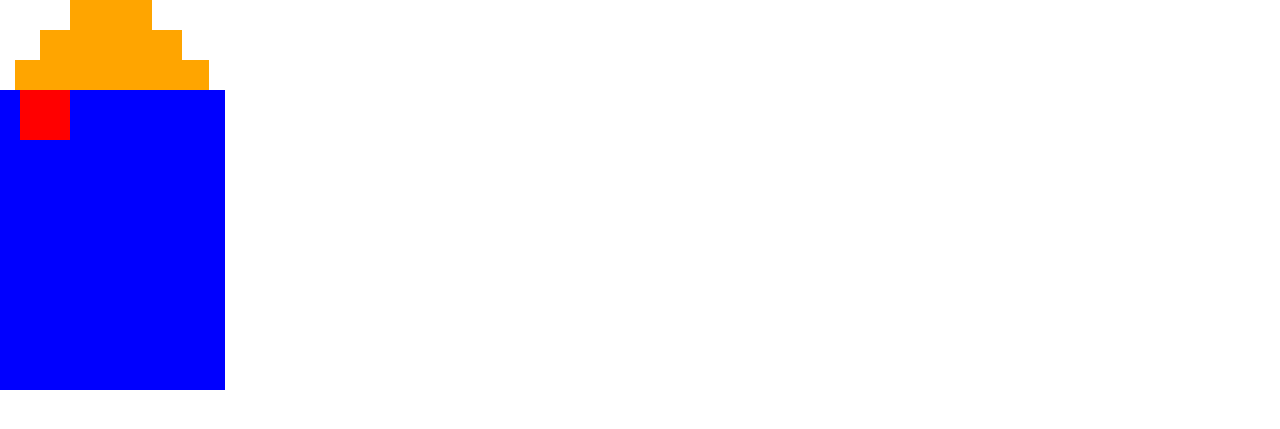
Repository: Luc010/Exercices
Page: HTML CSS/cours/float2.html
These files come from the project's save history. The page is drawn as it stood at one moment and after a run of saves; the edit follows.
The browser window is 1280 px wide. The pictures show the whole page.

Above is the page before, as saved 2019-09-05 09:50:43.

### HTML CSS/cours/float2.html
<!DOCTYPE html>
<html lang="en">
<head>
    <meta charset="UTF-8">
    <meta name="viewport" content="width=device-width, initial-scale=1.0">
    <meta http-equiv="X-UA-Compatible" content="ie=edge">
    <title>Document</title>
    <style>
        body{
            margin: 0;
            overflow: auto;
        }
        .blocO{
            background-color: orange;
            height: 30px;
            width: 82px;
            margin-left: 70px;
        }
        .blocO2{
            background-color: orange;
            height: 30px;
            width: 142px;
            margin-left: 40px;
        }
        .blocO3{
            background-color: orange;
            height: 30px;
            width: 194px;
            margin-left: 15px;
        }
        .bloc{
            background-color: blue;
            height: 300px;
            width: 225px;
        }
        .blocRed{
            background-color: red;
            height: 50px;
            width: 50px;
            margin-left: 20px;
        }
    </style>
</head>
<body>
    <div class="container">
    <div class="blocO"></div>
    <div class="blocO2"></div>
    <div class="blocO3"></div>
</div>
    <div class="bloc">
        <div class="blocRed">

        </div>
    </div>
</body>
</html>

After the next 3 saves:
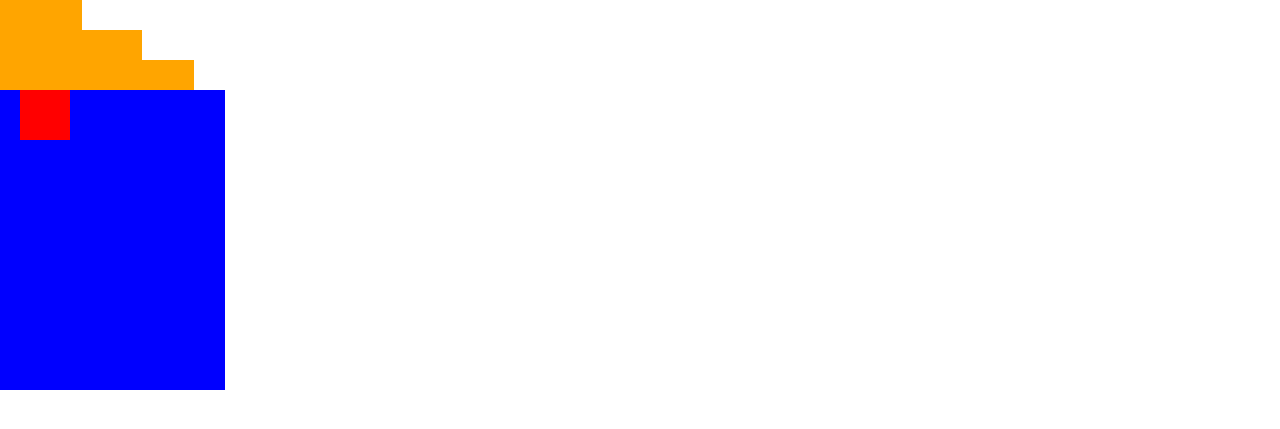
The 3 saves are shown as one change because they came seconds apart.
The last was saved 40 s later.
--- a/HTML CSS/cours/float2.html
+++ b/HTML CSS/cours/float2.html
@@ -14,19 +14,16 @@
             background-color: orange;
             height: 30px;
             width: 82px;
-            margin-left: 70px;
         }
         .blocO2{
             background-color: orange;
             height: 30px;
             width: 142px;
-            margin-left: 40px;
         }
         .blocO3{
             background-color: orange;
             height: 30px;
             width: 194px;
-            margin-left: 15px;
         }
         .bloc{
             background-color: blue;
